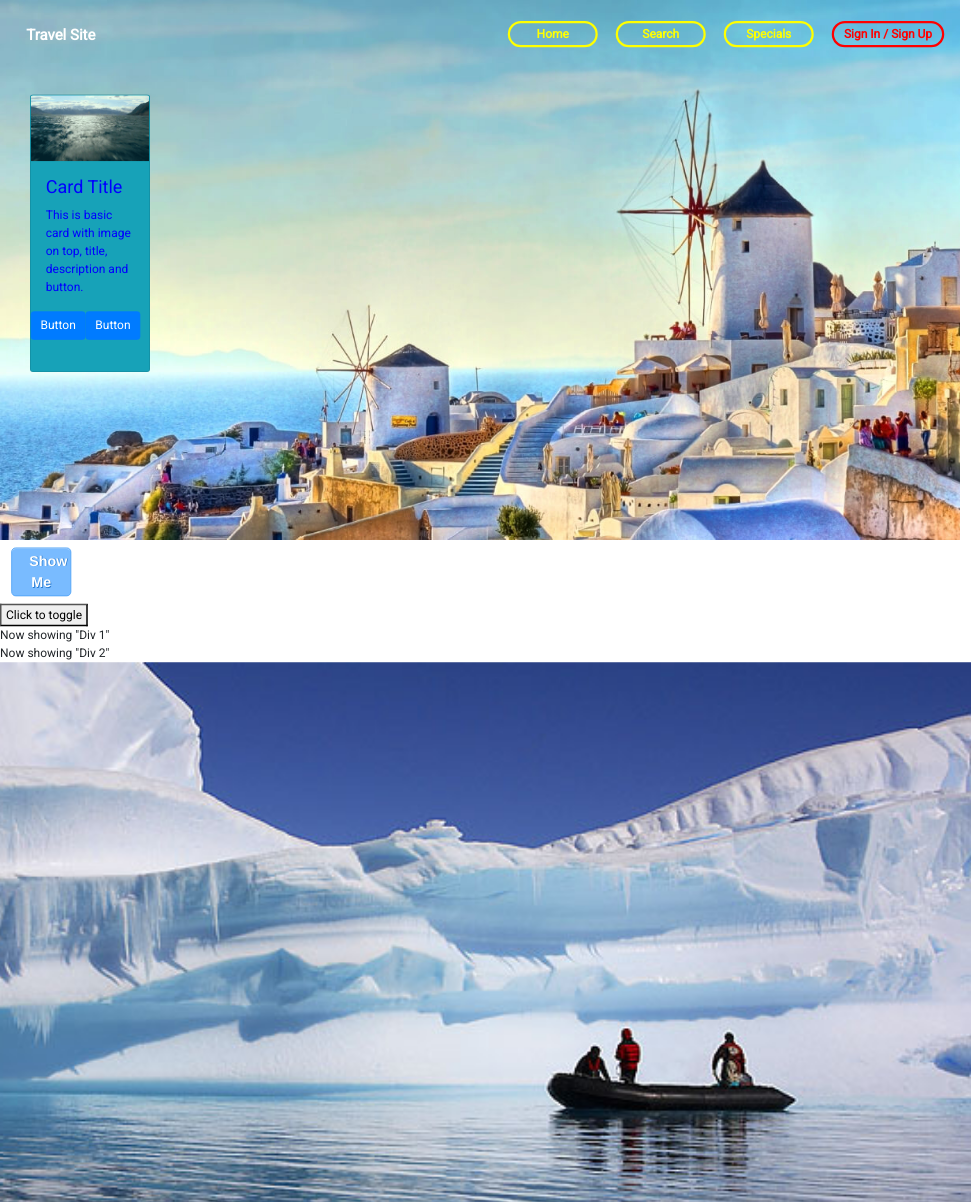
Repository: wpelizzoni/travel-site
Page: index.html
The author's editor kept a record of every edit. The page is drawn from the files as they stood at one moment, then again after the next edit.
The browser window is 1280 px wide. The page is 1295 px wide, so the pictures cover 1295 px, including what lies to the right of the window. The pictures show the whole page, at 75% of full size.

Above is the page before.

After the next edit:
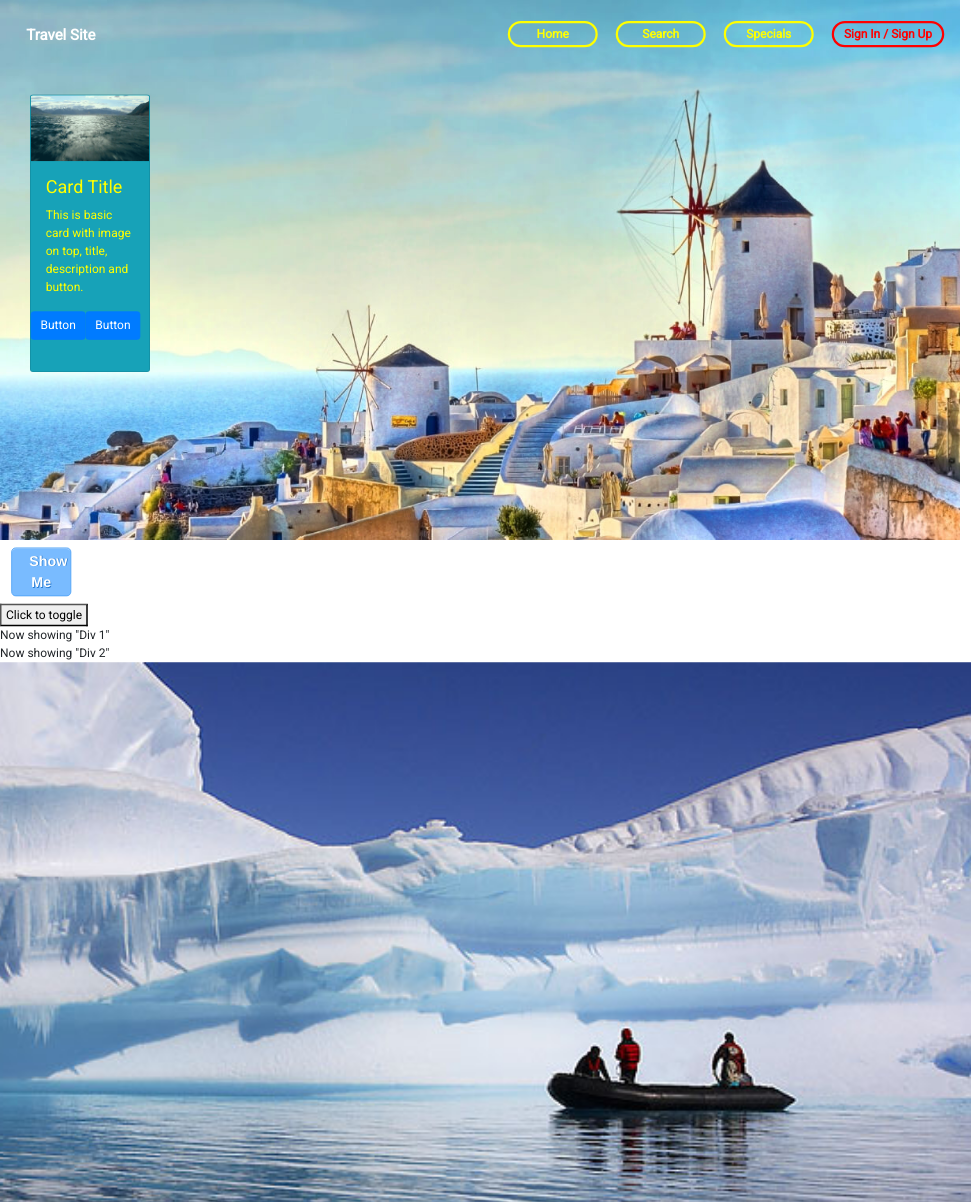
The edit:
--- a/assets/css/style.css
+++ b/assets/css/style.css
@@ -287,7 +287,7 @@
     flex-shrink: 1;
     flex-basis: auto;
     justify-content: center;
-    color:blue;
+    color: yellow;
 }
 
 #card2 {
